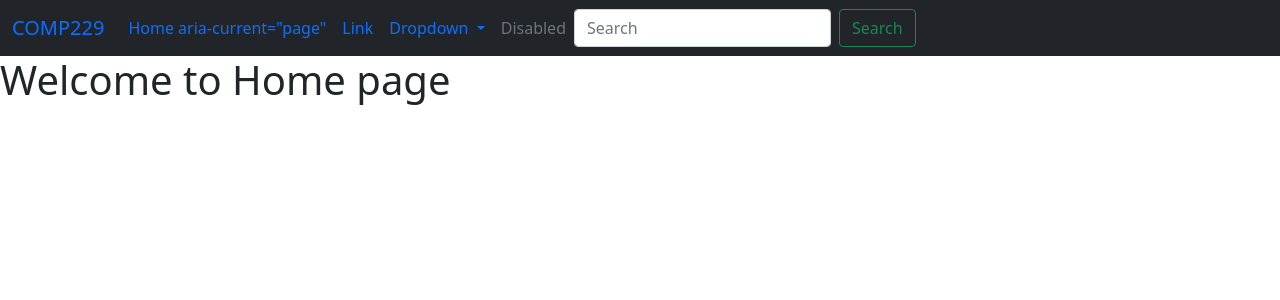
Repository: kiruriluap/COMP229-M2022-Labs
Page: http://localhost/
These files come from the project's save history. The page is drawn as it stood at one moment and after the next save; the edit follows.
The browser window is 1280 px wide. The pictures show the whole page.
The page is served by the project's Node server (server.js).

Above is the page before, as saved 2022-05-28 17:23:49.

After the next save:
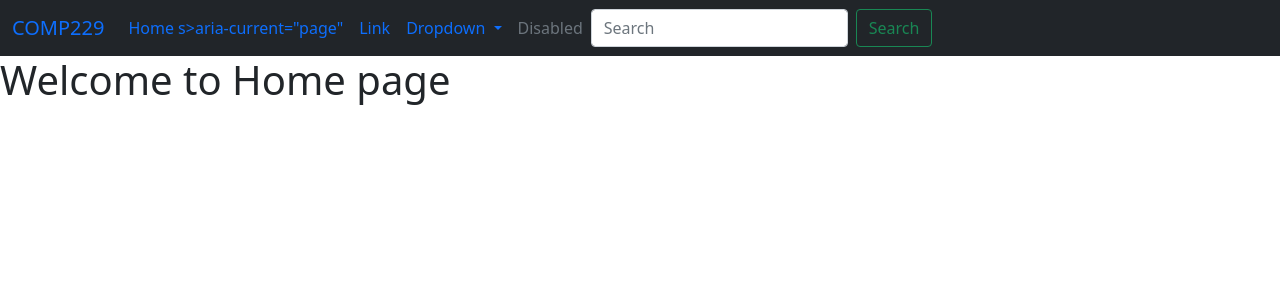
Saved 6 s later.
--- a/week3-6 Partials - Copy - Copy/views/index.ejs
+++ b/week3-6 Partials - Copy - Copy/views/index.ejs
@@ -22,7 +22,7 @@
       <div class="collapse navbar-collapse" id="navbarSupportedContent">
         <ul class="navbar-nav mr-auto mb-2 mb-lg-0">
           <li class="nav-item active">
-            <a class="nav-link active" href="#">Home <class="sr-only"></class>aria-current="page" </a>
+            <a class="nav-link active" href="#">Home <class="sr-only">s>aria-current="page" </a>
           </li>
           <li class="nav-item">
             <a class="nav-link" href="#">Link</a>
